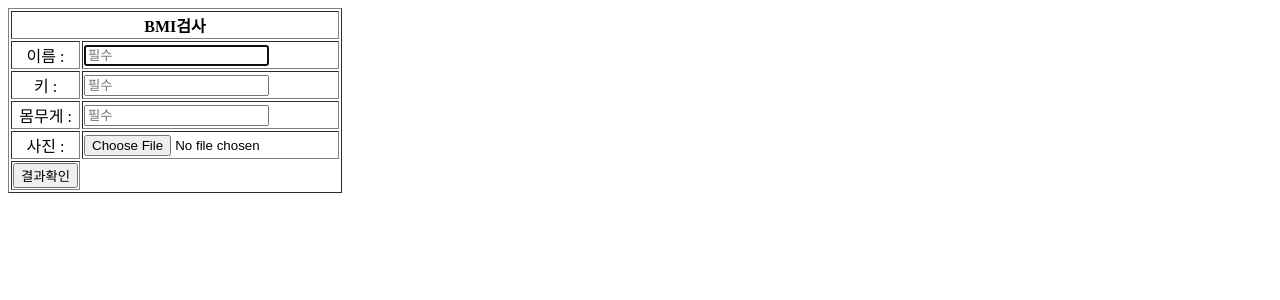
Repository: kmw7691/Soldesk
Page: Nov14_1_JSPModel2_BMI/src/main/webapp/BMIV1.html
An editor plug-in stored every save of this project. The page is shown before and after the next save, followed by the edit.
The browser window is 1280 px wide. The pictures show the whole page.

Above is the page before, as saved 2023-11-14 01:15:11.

After the next save:
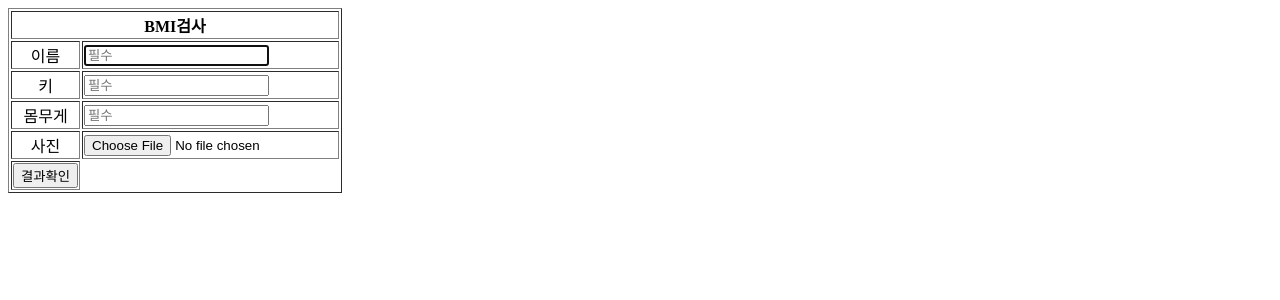
Saved 13 s later.
--- a/Nov14_1_JSPModel2_BMI/src/main/webapp/BMIV1.html
+++ b/Nov14_1_JSPModel2_BMI/src/main/webapp/BMIV1.html
@@ -12,19 +12,19 @@
 		<table border="1">
 		<tr><th colspan="2">BMI검사</th></tr>
 		<tr>
-			<td align="center">이름 : </td>
+			<td align="center">이름  </td>
 			<td><input name="name" placeholder="필수" maxlength="10" autofocus="autofocus" autocomplete="off"></td>
 		</tr>
 		<tr>
-			<td align="center">키 :</td>
+			<td align="center">키 </td>
 			<td><input name="height" placeholder="필수" autocomplete="off"></td>
 		</tr>
 		<tr>
-			<td align="center">몸무게 :</td>
+			<td align="center">몸무게 </td>
 			<td><input name="weight" placeholder="필수" autocomplete="off"></td>
 		</tr>
 		<tr>
-			<td align="center">사진 :</td>
+			<td align="center">사진 </td>
 			<td><input name="photo" type="file"></td>
 		</tr>
 			<tr><td><button>결과확인</button></td></tr>
